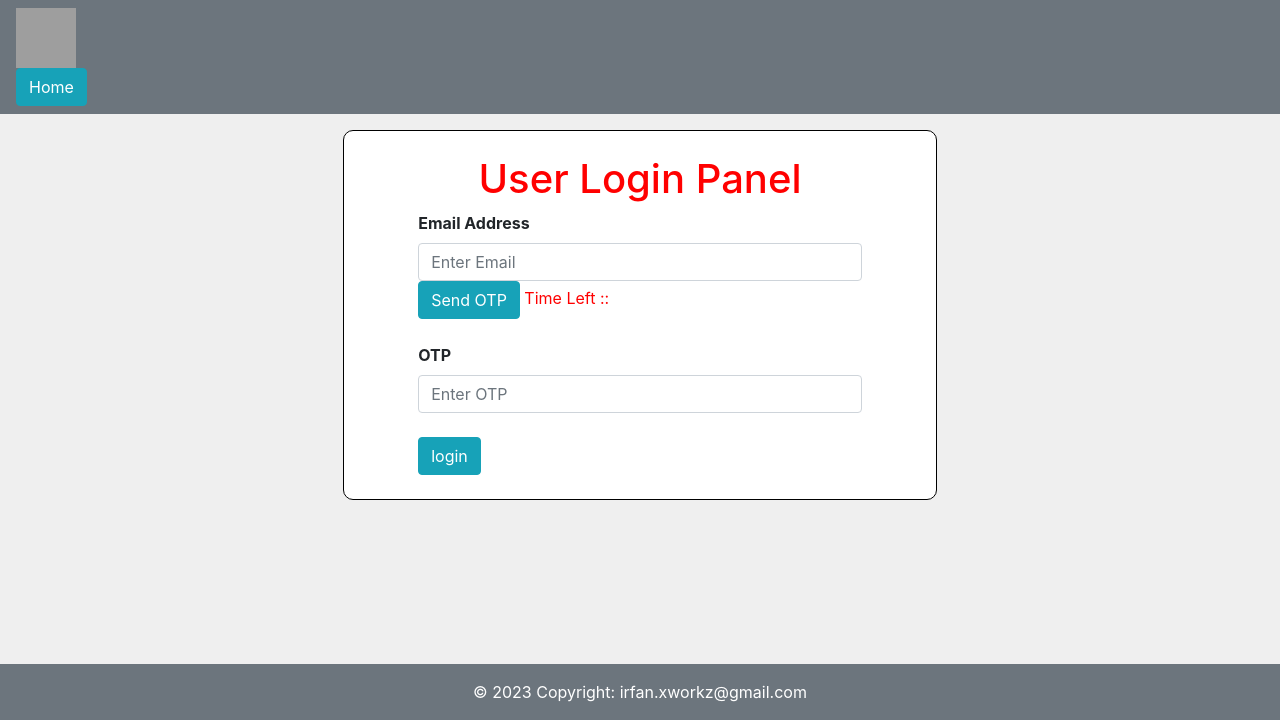
Repository: irfanxworkz/Project
Page: http://localhost/parking/UserLogin.jsp
These files come from the project's save history. The page is drawn as it stood at one moment and after the next save; the edit follows.
The browser window is 1280 px wide. The pictures show the whole page.
Pictures or frames that could not be fetched are drawn as grey boxes. The page is served by Tomcat 9.

Above is the page before, as saved 2023-07-12 08:24:52.
Console error: SyntaxError: Unexpected identifier 'getseconds'

After the next save:
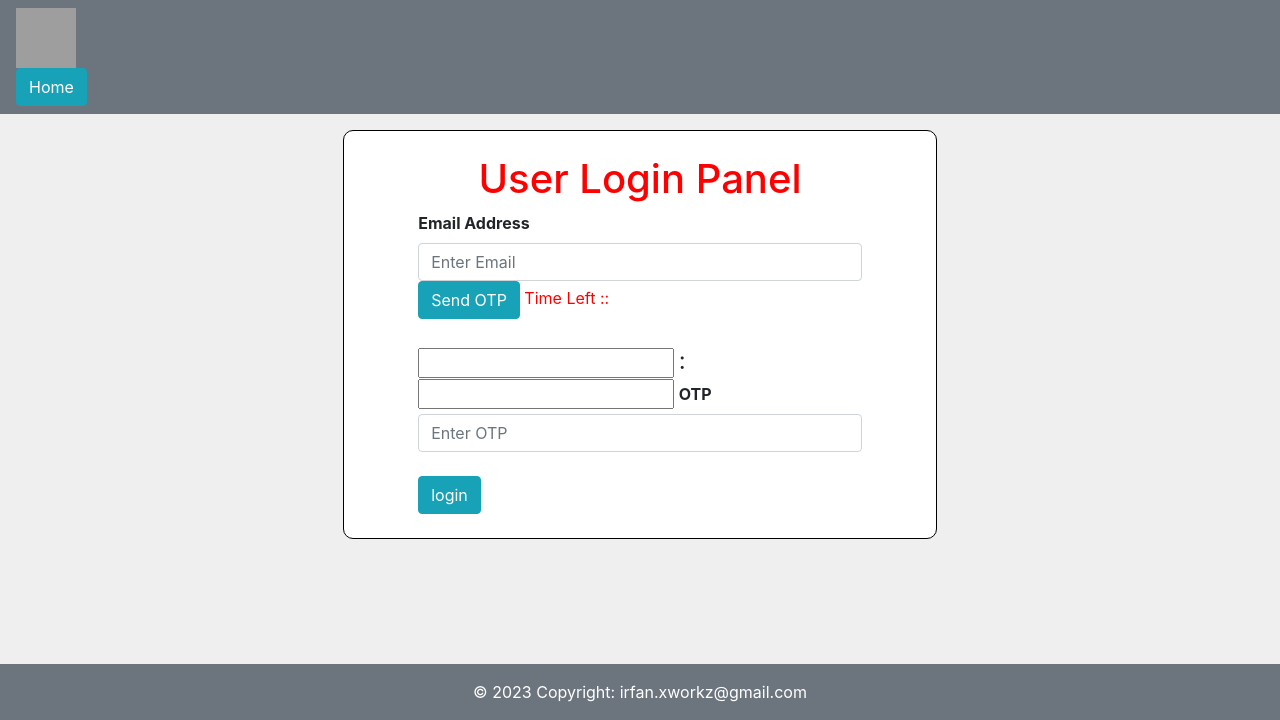
Saved 16 min 5 s later.
--- a/parking/src/main/webapp/UserLogin.jsp
+++ b/parking/src/main/webapp/UserLogin.jsp
@@ -69,6 +69,11 @@
 			<div class="container">
 			<label for="email"><b>Email Address</b></label>
 			    <input type="email" name="email" class="form-control" placeholder="Enter Email" required="required"><input type="submit" value="Send OTP" onclick="countdown();" class="btn btn-info" ><span style="color: red;"> Time Left ::</span><br><br>
+			    <input id="minutes" type="text">
+			    	<font size="5">
+			    	:
+			    	</font>
+			    	<input id="seconds", type="text">
 			<label for="otp"><b>OTP</b></label>
 			    <input type="text" name="otp" class="form-control" placeholder="Enter OTP"><br>
 			 	 <input type="submit" value="login"  class="btn btn-info"><br>
